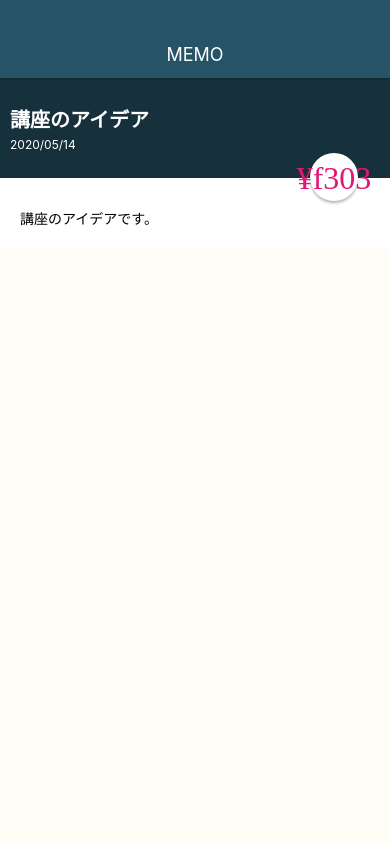
Repository: NagataRyuji0630/memo_app_for_reactNative
Screen: /
The author's editor kept a copy of each file at every save. The screen is drawn from the files as they stood at one save, then again after the next save.
The app was drawn by React Native's web renderer in a window 390 px wide. The project was rebuilt for these pictures with package versions that can differ from the ones it lists, and the page was loaded fresh each time. Some packages were replaced by stand-ins written for this rebuild. Also part of the build but not shown: src/components/MemoList.jsx, src/screens/MemoListScreen.jsx.

Above is the screen before, as saved 2020-05-14 14:13:37.

### App.js
import React from 'react';
import { StyleSheet, View } from 'react-native';
import AppBar from './src/components/AppBar';
import MemoListScreen from './src/screens/MemoListScreen'
import MemoDtailScreen from './src/screens/MemoDetailScreen';


export default class App extends React.Component {
  render() {
    return (
      <View style={styles.container}>
        <AppBar />
        <MemoDtailScreen />
      </View>
    );
  }
}

const styles = StyleSheet.create({
  container: {
    flex: 1,
    backgroundColor: '#FFFDF6',
    alignItems: 'center',
    justifyContent: 'center',
    paddingTop: 78,
  },
});

### src/components/AppBar.jsx
import React from 'react';
import { Component } from 'react';
import { StyleSheet, View, Text } from 'react-native';

const styles = StyleSheet.create({
    appbar: {
        position: 'absolute',
        top: 0,
        left: 0,
        right: 0,
        height: 78,
        paddingTop: 30,
        backgroundColor: '#265366',
        justifyContent: 'center',
        alignItems: 'center',
        shadowColor: '#000',
        shadowOffset: { width: 0, height: 0 },
        shadowOpacity: 0.5,
        shadowRadius: 3,
        zIndex: 10,
    },
    appbarTitle: {
        color: '#fff',
        fontSize: 18,
    },
});

class AppBar extends Component {
    render() {
        return (
            <View style={styles.appbar}>
                <View>
                    <Text style={styles.appbarTitle}>MEMO</Text>
                </View>
            </View>
        );
    }
}

export default AppBar;

### src/screens/MemoDetailScreen.jsx
import React from 'react';
import { Component } from 'react';
import { StyleSheet, View, Text } from 'react-native';
import CircleBtn from '../elements/CircleBtn';

const styles = StyleSheet.create({
    containar: {
        flex: 1,
        width: '100%',
    },
    memoHeader: {
        height: 100,
        paddingLeft: 10,
        backgroundColor: '#17313C',
        justifyContent: 'center',
    },
    memoHeaderTitle: {
        fontSize: 20,
        fontWeight: 'bold',
        color: 'white',
        marginBottom: 4
    },
    memoHeaderDate: {
        fontSize: 12,
        color: 'white',
    },
    memoContent: {
        paddingTop: 30,
        paddingLeft: 20,
        paddingRight: 20,
        paddingBottom: 20,
        backgroundColor: 'white',
    },
    editBtn: {
        top: 75,
    }
});

class MemoDetailScreen extends Component {
    render() {
        return (
            <View style={styles.containar}>
                <View style={styles.memoHeader}>
                    <View>
                        <Text style={styles.memoHeaderTitle}>講座のアイデア</Text>
                        <Text style={styles.memoHeaderDate}>2020/05/14</Text>
                    </View>
                </View>

                <View style={styles.memoContent}>
                    <Text>講座のアイデアです。</Text>
                </View>

                <CircleBtn color='white' style={styles.editBtn}>
                    {'¥f303'}
                </CircleBtn>
            </View>
        );
    }
}

export default MemoDetailScreen;

### src/elements/CircleBtn.jsx
import React from 'react';
import { Component } from 'react';
import { StyleSheet, View, Text } from 'react-native';
import { AppLoading } from 'expo';
import * as Font from 'expo-font';
import fontAwsome from '../../assets/fonts/fa-solid-900.ttf';

const styles = StyleSheet.create({
    circleBtn: {
        position: 'absolute',
        bottom: 32,
        right: 32,
        width: 48,
        height: 48,
        borderRadius: 24,
        justifyContent: 'center',
        alignItems: 'center',
        shadowColor: '#000',
        shadowOffset: { width: 0, height: 2 },
        shadowOpacity: 0.3,
        shadowRadius: 3,
    },
    circleBtnTitle: {
        fontSize: 32,
        lineHeight: 32,
        fontFamily: 'fontAwsome',
    }
});

let customFonts = {
    'fontAwsome': fontAwsome,
  };

class CircleBtn extends Component {

    state = {
        fontsLoaded: false,
      };

      async _loadFontsAsync() {
        await Font.loadAsync(customFonts);
        this.setState({ fontsLoaded: true });
      }

      componentDidMount() {
        this._loadFontsAsync();
      }

    render() {
        const { style, color } = this.props;

        let bgColor = '#E31675';
        let textColor = 'white';

        if (color === 'white') {
            bgColor = 'white';
            textColor = '#E31675';
        }

        return (
            <View style={[styles.circleBtn, style, { backgroundColor: bgColor }]}>
                {
                    this.state.fontsLoaded
                    ?
                    <Text style={[styles.circleBtnTitle, { color: textColor }]}>{this.props.children}</Text>
                    :
                    null
                }
            </View>
        );
    }
}

export default CircleBtn;

After the next save:
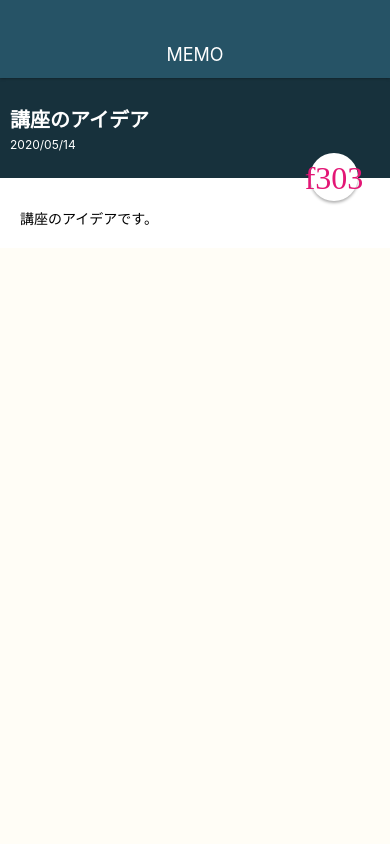
Saved 86 s later.
--- a/src/screens/MemoDetailScreen.jsx
+++ b/src/screens/MemoDetailScreen.jsx
@@ -52,7 +52,7 @@ class MemoDetailScreen extends Component {
                 </View>
 
                 <CircleBtn color='white' style={styles.editBtn}>
-                    {'¥f303'}
+                    {'f303'}
                 </CircleBtn>
             </View>
         );
